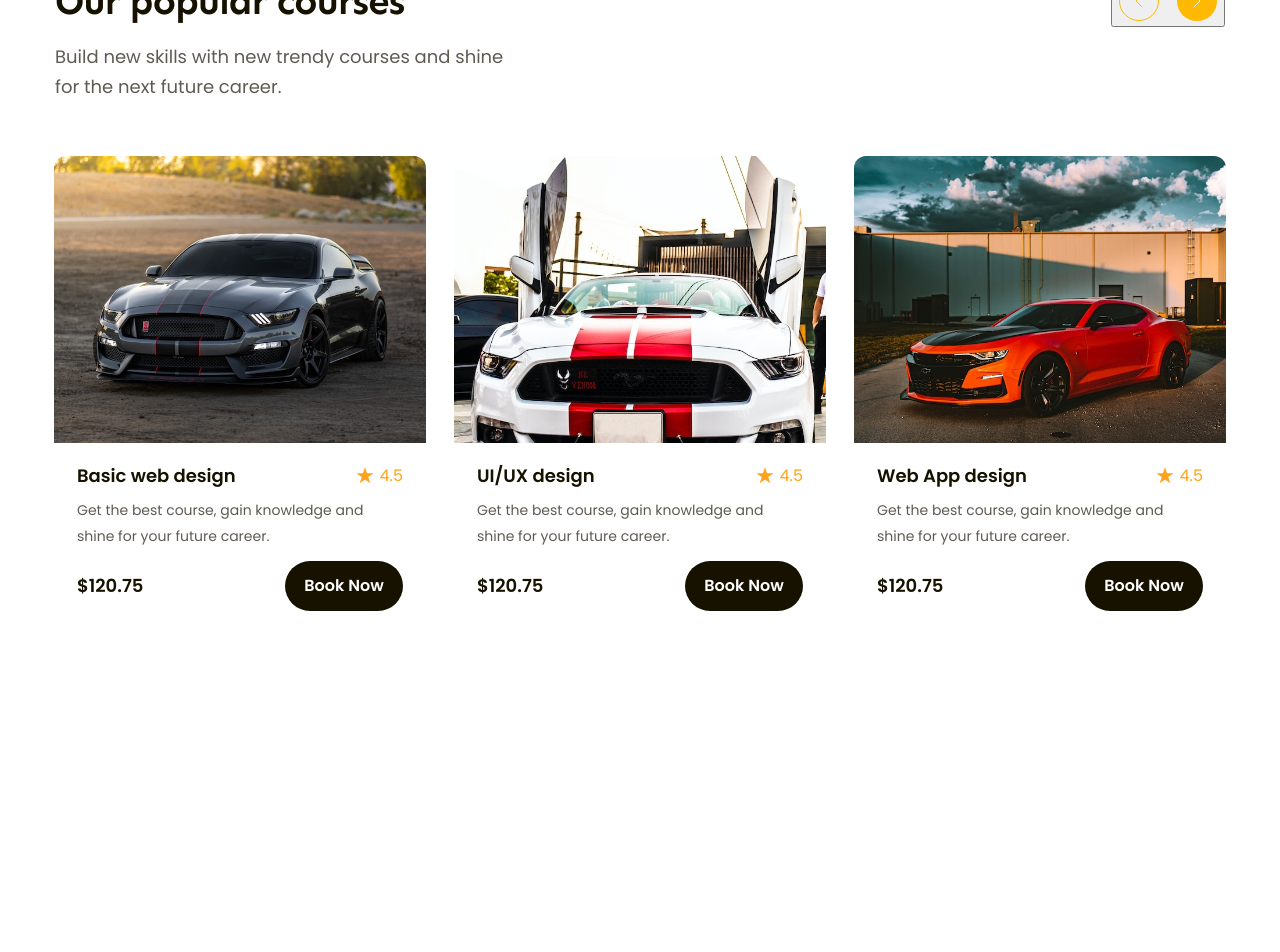
Repository: dongnguyen2112/htmlcss-project-02
Page: index.html
An editor plug-in stored every save of this project. The page is shown before and after a run of saves, followed by the edit.
The browser window is 1280 px wide. The pictures show the part of the page from y = 1122 to 2074 px (the page is 5000 px tall).
A picture or video elsewhere on the page could not be fetched, so the positions and the page height are approximate.

Above is the page before, as saved 2023-07-06 13:49:59.

After the next 4 saves:
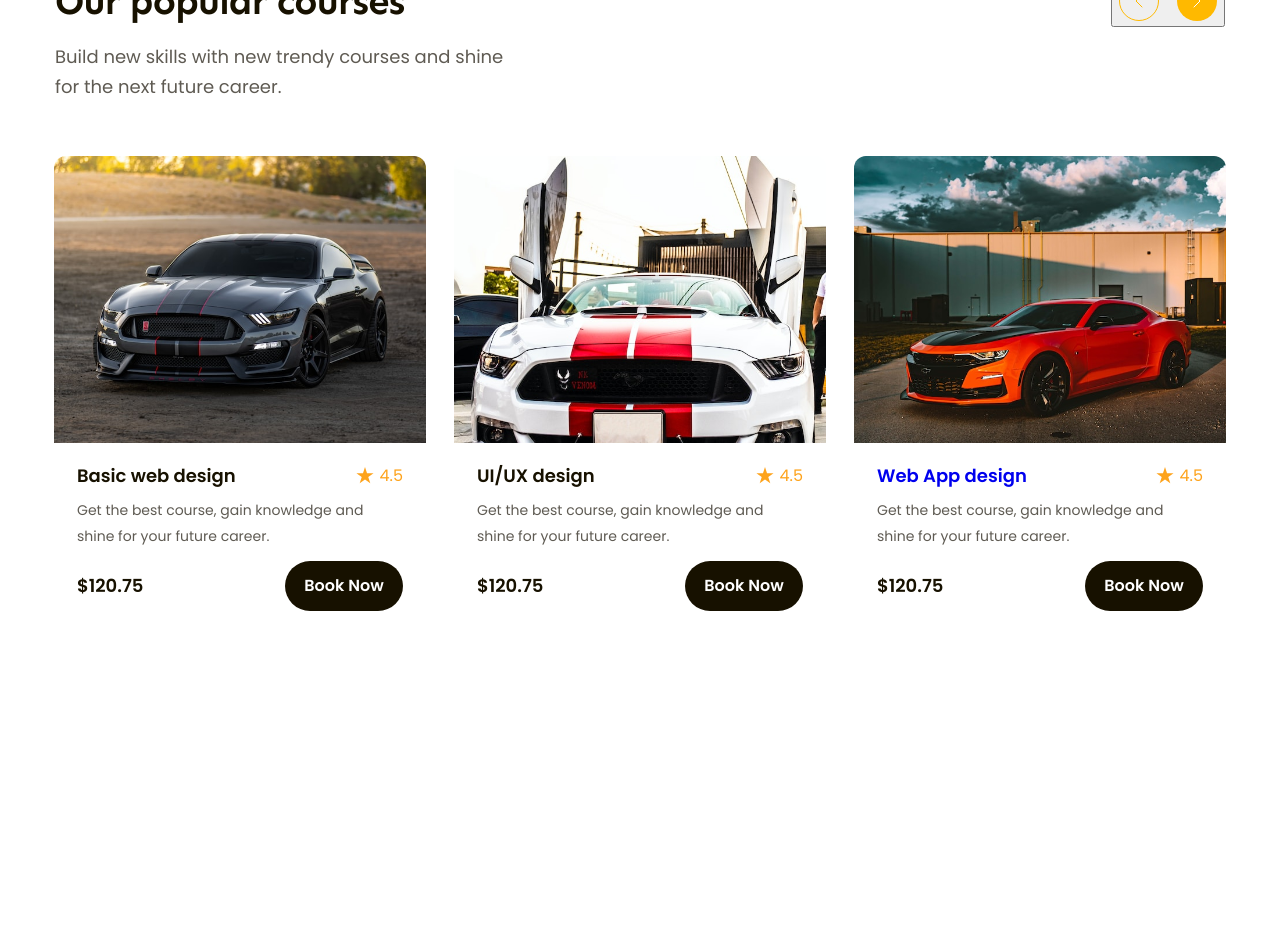
The 4 saves are shown as one change because they came seconds apart.
The last was saved 83 s later.
--- a/index.html
+++ b/index.html
@@ -163,7 +163,7 @@
                             <a href="#!"><img src="./assets/img/course-3.jpg" alt="Basic web design" class="thumb"></a>
                             <div class="info">
                                 <div class="head">
-                                    <h3 class="title">Web App design</h3>
+                                    <h3 class="title"><a href="#!">Web App design</a></h3>
                                     <div class="rating">
                                         <img src="./assets/icon/Star.svg" alt="" class="star">
                                         <span class="value">4.5</span>
